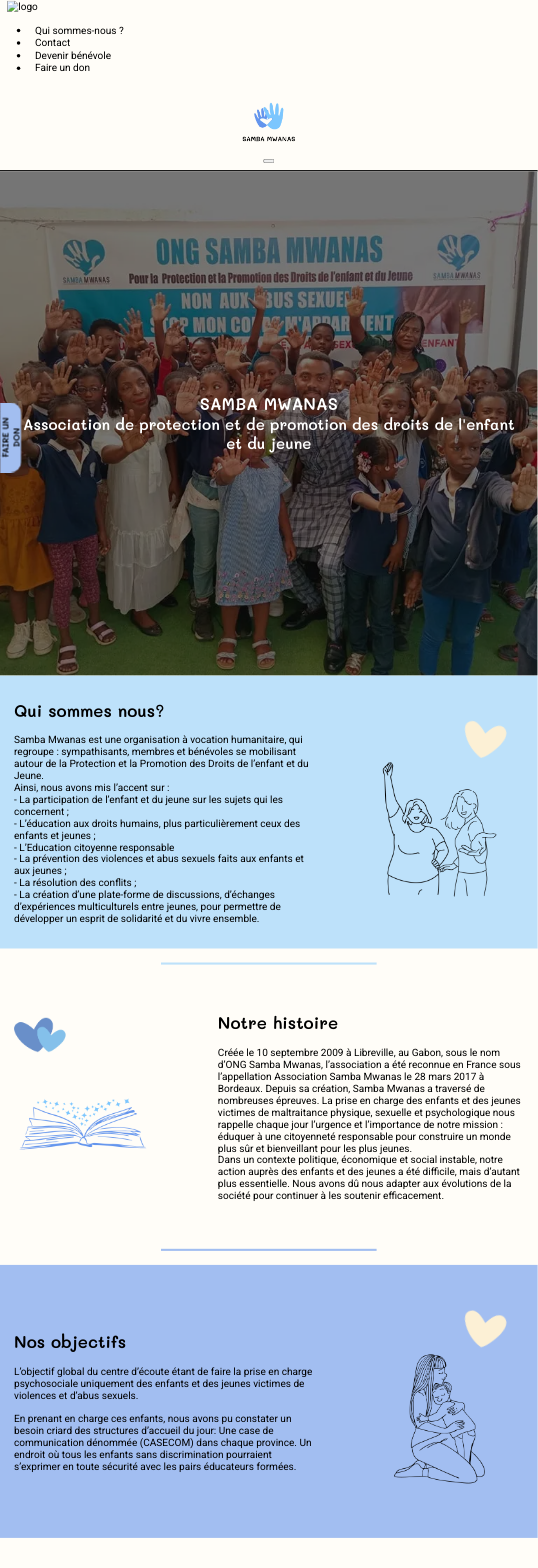
Repository: Danie-lDasilva/Samba-Mwanas
Page: index.html
The author's editor kept a copy of each file at every save. The page is drawn from the files as they stood at one save, then again after the next save.
The browser window is 768 px wide. The pictures show the part of the page from y = 0 to 2240 px (the page is 4557 px tall before and 4551 px after), at 70% of full size.

Above is the page before, as saved 2025-03-07 13:39:49.

After the next save:
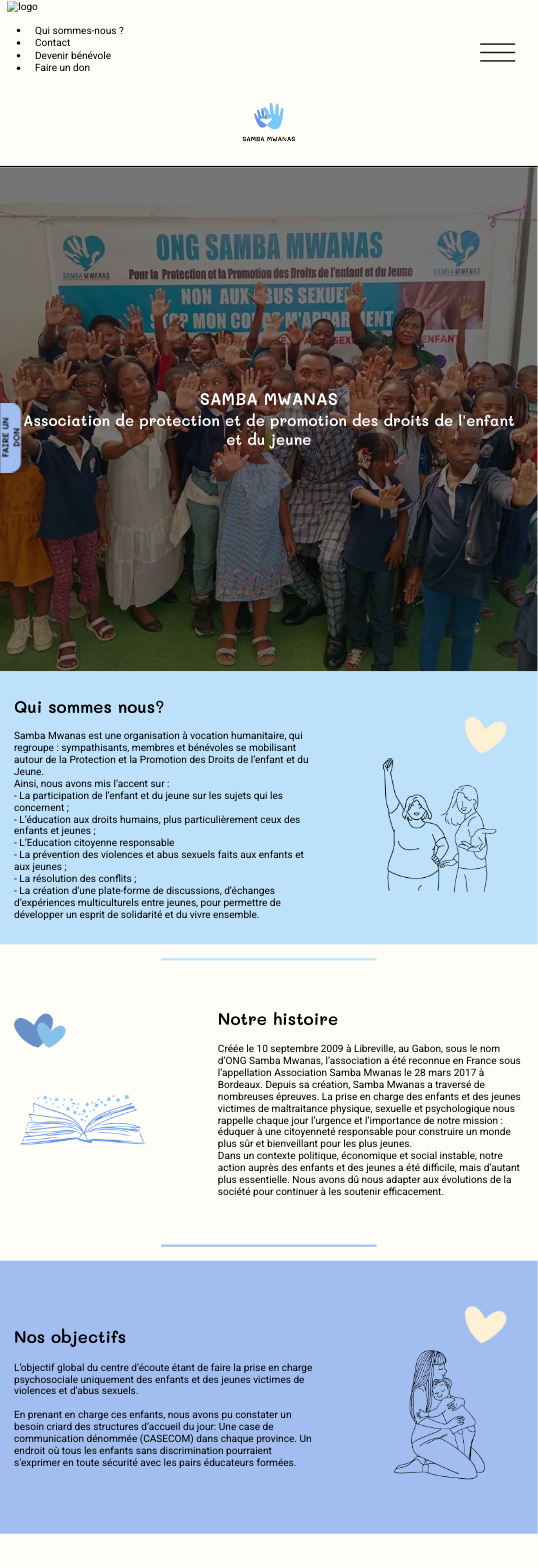
Saved 66 s later.
--- a/assets/css/style.css
+++ b/assets/css/style.css
@@ -625,23 +625,48 @@
         text-align: center;
     }
 
-    .Mobile {
-        display: flex;
+      .burger--toggler {
+        opacity: 1;
+        visibility: visible;
+        position: absolute;
+        z-index: 20;
+        top: 50px;
+        right: 32px;
+        width: 50px;
+        height: 50px;
+        cursor: pointer;
+        display : flex;
         flex-direction: column;
+        justify-content : center;
         align-items: center;
+        background: transparent;
+        outline: none;
+        border: none;
+      }
+      .burger--toggler span {
+        position: absolute;
+        display: block;
         width: 100%;
-    }
-
-    .Mobile nav {
-        display: flex;
-        flex-direction: row;
-        justify-content: space-around;
-        width: 100%;
-    }
-
-    .Mobile li {
-        margin: 5px 0;
-    }
+        height: 2px;
+        background-color: #0e0f0e;
+        transition : opacity 0.1s ease-out , transform 0.3s ease-out;
+      }
+      .l1{
+        transform: translateY(-12px);
+      }
+      .l3{
+        transform: translateY(12px);
+      }
+      .burger--toggler.active .l1{
+        transform: translateY(0px) rotate(135deg);
+      }
+      .burger--toggler.active .l2{
+        opacity: 0;
+      }
+      .burger--toggler.active .l3{
+        transform: translateY(0px) rotate(-135deg);
+      }
+
 
     header nav:not(.Mobile) li:not(:has(img)) {
         display: none;
